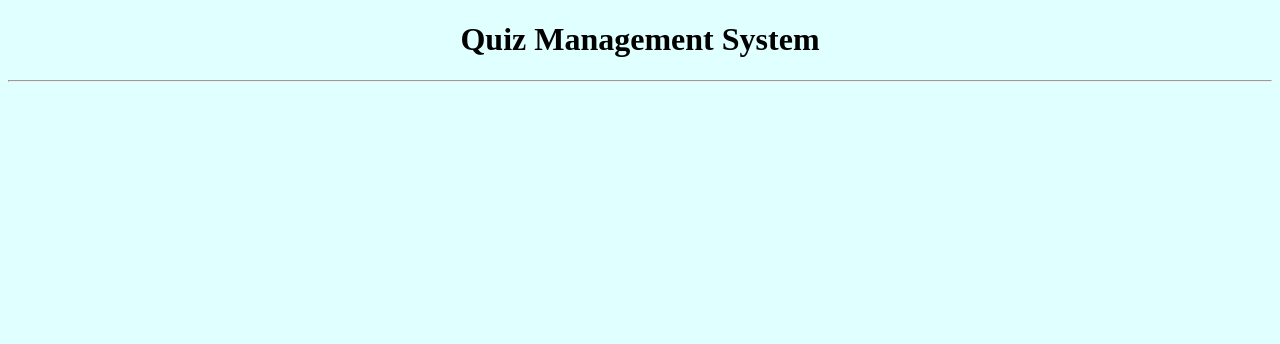
Repository: Rohitsenpai01/Quiz-Manangement-System
Page: http://localhost/WebQuizApp/newstudent.jsp
An editor plug-in stored every save of this project. The page is shown before and after the next save, followed by the edit.
The browser window is 1280 px wide. The pictures show the whole page.
The page is served by Tomcat 9. Other server files are loaded and not shown.

Above is the page before, as saved 2025-12-29 06:13:13.

### WebQuizApp/WebQuizApp/src/main/webapp/newstudent.jsp
<%@ page language="java" contentType="text/html; charset=UTF-8"
    pageEncoding="UTF-8"%>
<!DOCTYPE html>
<html>
<head>
<meta charset="UTF-8">
<title>Insert title here</title>
</head>
<body bgcolor="${initParam.theme}">
	<h1 style="text-align: center;">${initParam.appTitle}</h1><hr><br>

</body>
</html>

After the next save:
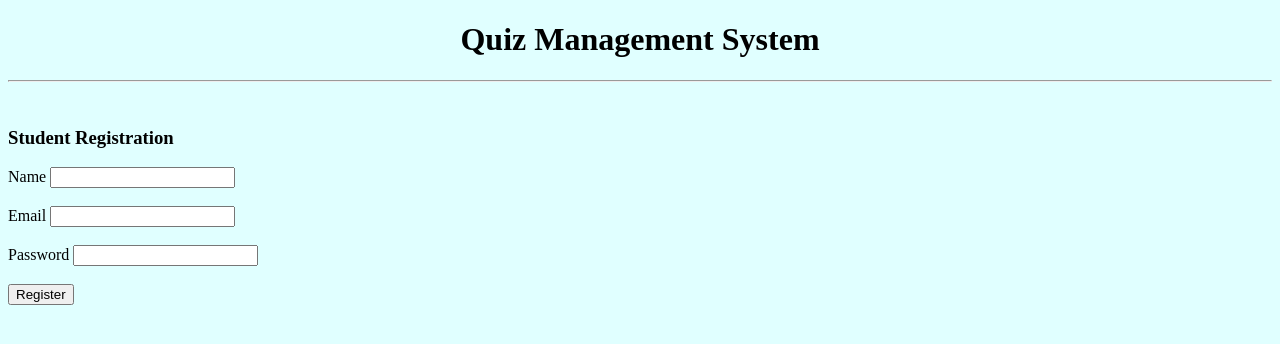
Saved 5 min 42 s later.
--- a/WebQuizApp/WebQuizApp/src/main/webapp/newstudent.jsp
+++ b/WebQuizApp/WebQuizApp/src/main/webapp/newstudent.jsp
@@ -8,6 +8,14 @@
 </head>
 <body bgcolor="${initParam.theme}">
 	<h1 style="text-align: center;">${initParam.appTitle}</h1><hr><br>
-
+	<div style="text-ali: ">
+		<h3>Student Registration</h3>
+		<form method="post" action="register.jsp">
+		Name <input type="text" name="name"><br><br>
+		Email <input type="text" name="email"><br><br>
+		Password <input type="password" name="passwd"><br><br>
+		<input type="submit" value="Register">
+		</form>
+	</div>
 </body>
 </html>
